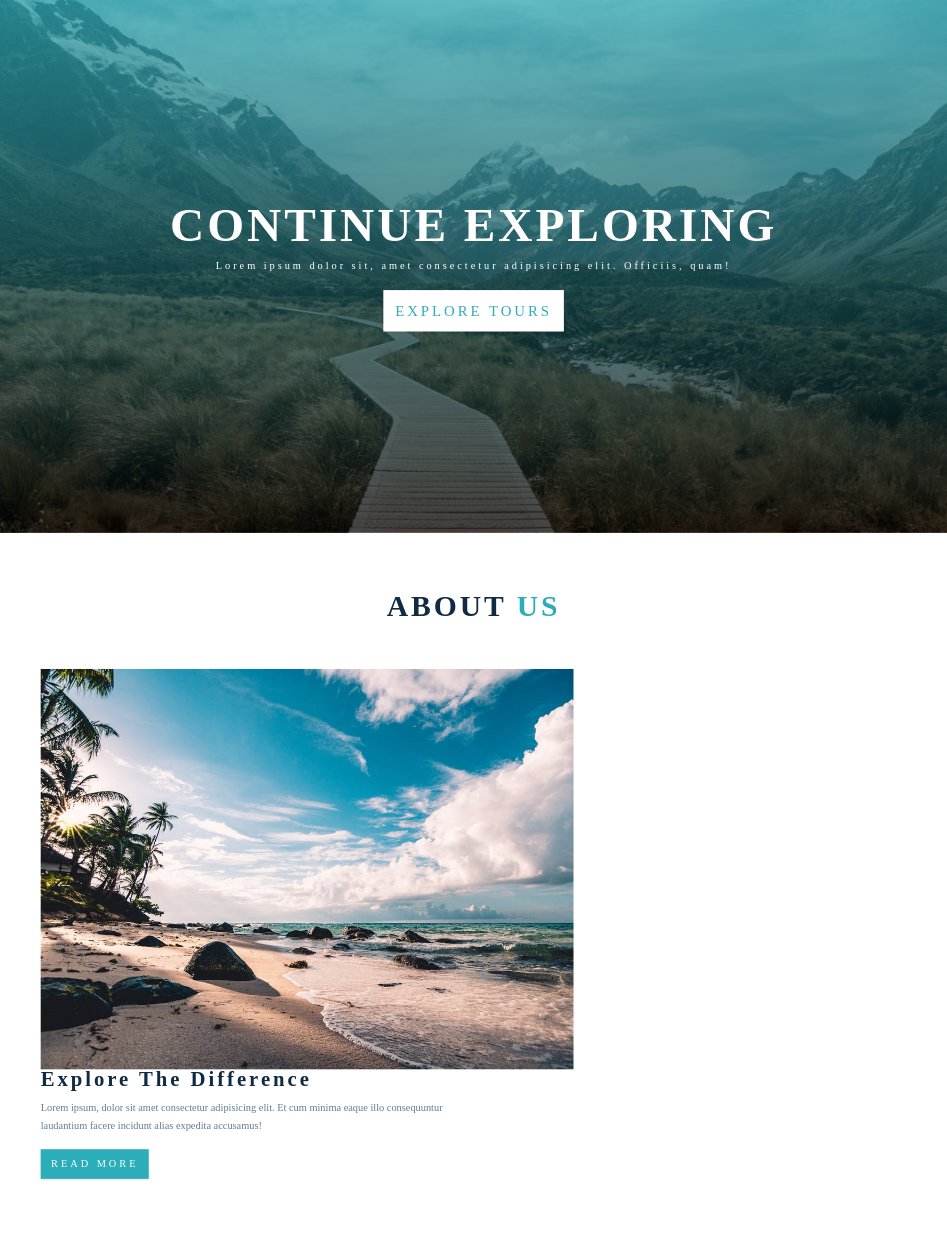
Repository: Ndifoinhilary/flexbox-project
Page: index.html
An editor plug-in stored every save of this project. The page is shown before and after the next save, followed by the edit.
The browser window is 1280 px wide. The pictures show the whole page, at 74% of full size.

Above is the page before, as saved 2024-01-18 15:26:27.

### index.html
<!DOCTYPE html>
<html lang="en">
  <head>
    <meta charset="UTF-8" />
    <meta name="viewport" content="width=device-width, initial-scale=1.0" />
    <meta http-equiv="X-UA-Compatible" content="ie=edge" />
    <title>Backroads || Tour Company</title>
    <!-- favicon -->
    <link rel="shortcut icon" href="./images/favicon.ico" type="image/x-icon" />
    <!-- font-awesome -->
    <link rel="stylesheet" href="fontawesome-free-5.9.0-web/css/all.min.css" />
    <!-- styles css -->
    <link rel="stylesheet" href="./css/main.css" />
  </head>
  <body>
    <header id="home">
      <!-- nav bar -->
      <!-- end of nav bar -->
  <!-- hero section  -->
  <div class="hero">
    <div class="hero-banner">
      <h1>continue exploring</h1>
      <p>Lorem ipsum dolor sit, amet consectetur adipisicing elit. Officiis, quam!</p>
      <a href="#feature" class="btn hero-btn scroll-link ">explore tours</a>
    </div>
  </div>
   <!-- end of hero section  -->
    </header>
    <!-- end of header -->
   <!-- section -->
    <section class="section" id="about">
      <!-- section title -->
      <div class="section-title">
        <h2>about <span>us</span></h2>
      </div>
            <!-- section title -->
        <div class="section-center about-center">
          <!-- about image wrapper -->
          <article class="about-img">
            <img src="./images/about.jpeg"  class="about-photo" alt="awesome">
          </article>
          <!-- about infor -->
          <artilce class="about-info">
            <h3>explore the difference</h3>
            <p>Lorem ipsum, dolor sit amet consectetur adipisicing elit. Et cum minima eaque illo consequuntur laudantium facere incidunt alias expedita accusamus!</p>
            <a href="#" class="btn">read more</a>
          </artilce>
        </div>
    </section>
    <!-- end of section -->
  </body>
</html>

### css/main.css
@import url("https://fonts.googleapis.com/css?family=Lato:300,400|Poppins&display=swap");
/* css variables */
:root {
    --clr-primary-1:hsl(184, 91%, 17%);
    --clr-primary-2:hsl(185, 84%, 25%);
    --clr-primary-3:hsl(185, 81%, 29%);
    --clr-primary-4:hsl(184, 77%, 34%);
    --clr-primary-5:hsl(185, 62%, 45%);
    --clr-primary-6:hsl(185, 57%, 50%);
    --clr-primary-7:hsl(184, 65%, 59%);
    --clr-primary-8:hsl(184, 80%, 74%);
    --clr-primary-9:hsl(185, 94%, 84%);
    --clr-primary-100:hsl(186, 100%, 94%);
    /* dark grey */
    --clr-grey-1:hsl(209, 61%, 16%);
    --clr-grey-2:hsl(211, 39%, 23%);
    --clr-grey-3:hsl(209, 34%, 30%);
    --clr-grey-4:hsl(209, 28%, 39%);
    --clr-grey-5:hsl(210, 22%, 49%);
    --clr-grey-6:hsl(209, 23%, 60%);
    --clr-grey-7:hsl(211, 27%, 70%);
    --clr-grey-8:hsl(210, 31%, 80%);
    --clr-grey-9:hsl(212, 33%, 89%);
    --clr-grey-10:hsl(210, 36%, 96%);
     --clr-White: #fff;
  --ff-primary:"Lato" sans-serif ;
  --offWhite: #f7f7f7;
  --mainBlack: #222;
  --mainGrey: #ececec;
  --darkGrey: #afafaf;
  --transition: all 0.3s linear;
  --spacing: 0.25rem;
  --radius:0.5rem;
  --light-shadow: 0px 5px 15px rgba(0, 0, 0, 0.1);
  --darkShadow: 0px 5px 15px rgba(0, 0, 0, 0.2);
}


/* css global variables */

*{
  margin: 0;
  padding: 0;
  box-sizing: border-box;
}

body{
  font-family: var(--ff-primary);
  background: var(--clr-White);
  color: var(--clr-grey-1);
  line-height: 1.5rem;
  font-size: 0.875rem;
}

ul{
  list-style-type: none;

}

a{
  text-decoration: none;
}


img{
  width:100vh;
  display: block;
}

h1,h2,h3,h4{
  letter-spacing: var(--spacing);
  text-transform: capitalize;
  line-height: 1.25rem;
  margin-bottom:0.75rem ;
}

h1{
  font-size: 3rem;
}
h2{
  font-size: 2rem;
}
h3{
  font-size: 2rem;
}
h4{
  font-size: 0.875rem;
}

p{
  margin-bottom: 1.25rem;
  color: var(--clr-grey-5);
}

@media screen and (min-width:800px) {
  h1{
    font-size: 4rem;
  }
  h2{
    font-size: 2.5rem;
  }
  h3{
    font-size:1.75rem;
  }
  h4{
    font-size: 1rem;
  }
  bod{
    font-size: 1rem;
  }
  h1,h2,h3,h4{
    line-height: 1;
  }
}



.btn{
  text-transform: uppercase;
  background: var(--clr-primary-5);
  letter-spacing: var(--spacing);
  color: var(--clr-White);
  border: 2px solid var(--clr-White);
  padding: 0.375rem 0.75rem;
  display: inline-block;
  transition: var(--transition);
  cursor: pointer;
  -webkit-transition: var(--transition);
  -moz-transition: var(--transition);
  -ms-transition: var(--transition);
  -o-transition: var(--transition);
  font-size: 0.875rem;
  border: 2px solid transparent;
  box-shadow: 0px 1px 3px rgba(0, 0, 0, 0.2);
}


.btn:hover{
  color: var(--clr-primary-1);
  background: var(--clr-primary-8);
}

.section{
  padding: 5rem 0;
}
.section-title{
  text-align: center;
  margin-bottom: 4rem;
}
.section-title h2{
  text-transform: uppercase;
}
.section-title span{
  color: var(--clr-primary-5);
}
.section-center{
  width: 90vw;
  margin: 0 auto;
  max-width: 1170px;
}


@media screen and (min-width:992px) {
  .section-center{
    width: 95vw;
  }
}
/* hero */

.hero{
  min-height: 100vh;
  background: var(--clr-primary-5);
  display: flex;
  justify-content: center;
  align-items: center;
}
.hero-banner{
  text-align: center;
  color: var(--clr-White);
  padding: 0 3rem;
}
.hero-banner h1{
  text-transform: uppercase;
}

.hero-banner p{
  max-width: 35rem;
  margin-left: auto;
  margin-right: auto;
  color: var(--clr-White);
  letter-spacing: var(--spacing);
}

.hero-btn{
  padding: 0.9rem;
  font-size: 1.25rem;
  background: var(--clr-White);
  color: var(--clr-primary-5);
}
.hero-btn:hover{
  background: transparent;
  color: var(--clr-White);
  border-color: var(--clr-White);
}
@media screen and (min-width:768px) {
  .hero{
    background:linear-gradient(rgb(44,174,186,0.7), rgb(0,0,0,0.7)) ,url('../images/main.jpeg') center/cover no-repeat;
  }
.hero-banner{
  padding: 0;
}
  .hero-banner p{
    max-width: 45rem;
  }

}
/* end of hero */





/* about us section */




.about-img,.about-info{
  margin-bottom: 2rem;
}

@media screen and (min-width:992px) {
  .about-center{
    display: flex;
    justify-content: space-between;
   flex-wrap: wrap;
  }
  .about-img, .about-info{
    flex: 0 0 calc(50% - 2rem);
    margin-bottom:   0;
  }
}



/* end of about us section */

Loaded but not shown: fontawesome-free-5.9.0-web/css/all.min.css (library)

After the next save:
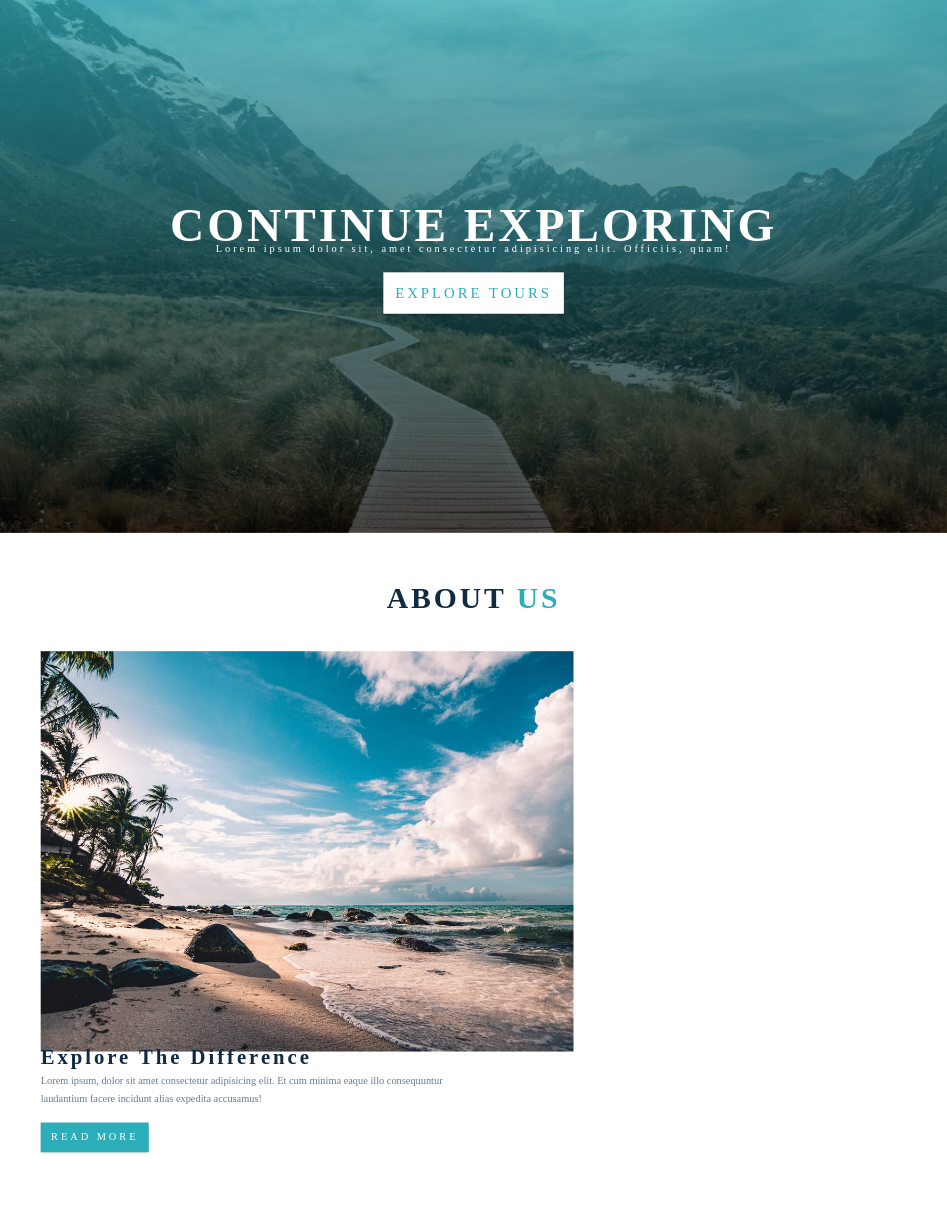
Saved 16 s later.
--- a/css/main.css
+++ b/css/main.css
@@ -109,7 +109,7 @@ p{
     font-size: 1rem;
   }
   h1,h2,h3,h4{
-    line-height: 1;
+    line-height: 1rem;
   }
 }
 
